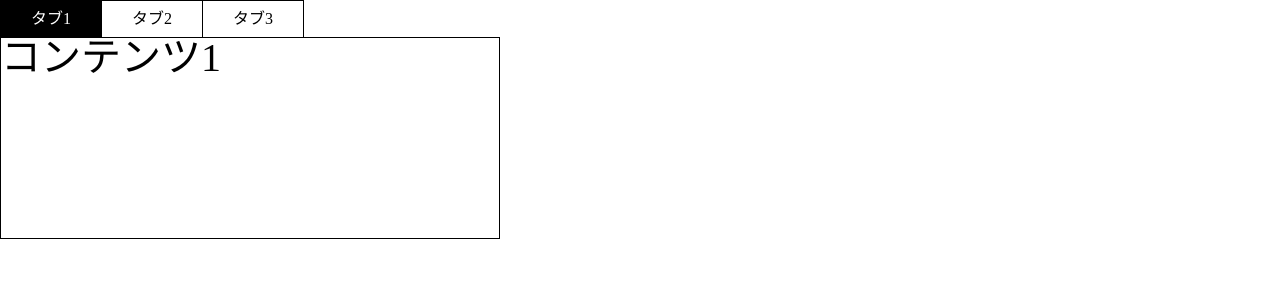
Repository: masanarimiura/20220617_miura
Page: index.html
An editor plug-in stored every save of this project. The page is shown before and after the next save, followed by the edit.
The browser window is 1280 px wide. The pictures show the whole page.

Above is the page before, as saved 2022-06-17 17:50:05.

### index.html
<!DOCTYPE html>
<html lang="ja">

<head>
  <meta charset="UTF-8">
  <meta http-equiv="X-UA-Compatible" content="IE=edge">
  <meta name="viewport" content="width=device-width, initial-scale=1.0">
  <title>Document</title>
  <script src="https://cdn.jsdelivr.net/npm/vue@2/dist/vue.js"></script>
  <style>
    html,
    body,
    div,
    span,
    object,
    iframe,
    h1,
    h2,
    h3,
    h4,
    h5,
    h6,
    p,
    blockquote,
    pre,
    abbr,
    address,
    cite,
    code,
    del,
    dfn,
    em,
    img,
    ins,
    kbd,
    q,
    samp,
    small,
    strong,
    sub,
    sup,
    var,
    b,
    i,
    dl,
    dt,
    dd,
    ol,
    ul,
    li,
    fieldset,
    form,
    label,
    legend,
    table,
    caption,
    tbody,
    tfoot,
    thead,
    tr,
    th,
    td,
    article,
    aside,
    canvas,
    details,
    figcaption,
    figure,
    footer,
    header,
    hgroup,
    menu,
    nav,
    section,
    summary,
    time,
    mark,
    audio,
    video {
      margin: 0;
      padding: 0;
      border: 0;
      outline: 0;
      font-size: 100%;
      vertical-align: baseline;
      background: transparent;
    }

    body {
      line-height: 1;
    }

    article,
    aside,
    details,
    figcaption,
    figure,
    footer,
    header,
    hgroup,
    menu,
    nav,
    section {
      display: block;
    }

    nav ul {
      list-style: none;
    }

    blockquote,
    q {
      quotes: none;
    }

    blockquote:before,
    blockquote:after,
    q:before,
    q:after {
      content: '';
      content: none;
    }

    a {
      margin: 0;
      padding: 0;
      font-size: 100%;
      vertical-align: baseline;
      background: transparent;
    }

    /* change colours to suit your needs */
    ins {
      background-color: #ff9;
      color: #000;
      text-decoration: none;
    }

    /* change colours to suit your needs */
    mark {
      background-color: #ff9;
      color: #000;
      font-style: italic;
      font-weight: bold;
    }

    del {
      text-decoration: line-through;
    }

    abbr[title],
    dfn[title] {
      border-bottom: 1px dotted;
      cursor: help;
    }

    table {
      border-collapse: collapse;
      border-spacing: 0;
    }

    /* change border colour to suit your needs */
    hr {
      display: block;
      height: 1px;
      border: 0;
      border-top: 1px solid #cccccc;
      margin: 1em 0;
      padding: 0;
    }

    input,
    select {
      vertical-align: middle;
    }

    #tab {
      width: 500px;
    }

    .tab-menu {
      display: flex;
    }

    .tabMenuItem {
      text-align: center;
      padding: 10px 0;
      cursor: pointer;
      list-style: none;
      width: 100px;
      border-top: 1px solid #000;
      border-left: 1px solid #000;
      border-right: 1px solid #000;
    }

    .tabMenuItem:not(:first-child) {
      border-left: none;
    }

    .tabMenuItem.active {
      background: #000;
      color: white;
    }

    .tab-content {
      height: 200px;
      border: 1px solid #000;
    }

    .tabContentItem {
      display: none;
      font-size: 40px;
    }

    .tabContentItem.show {
      display: block;
    }
  </style>
</head>

<body>
  <!-- 切り替えタブ -->
  <div id="tab">
    <ul class="tab-menu">
      <li class="tabMenuItem active" v-bind:class="tabContent1" v-on:click="changeClassName1">タブ1</li>
      <li class="tabMenuItem" v-bind:class="tabContent2" v-on:click="changeClassName2">タブ2</li>
      <li class="tabMenuItem" v-bind:class="tabContent3" v-on:click="changeClassName3">タブ3</li>
    </ul>
    <div class="tab-content">
      <div class="tabContentItem show">コンテンツ1</div>
      <div class="tabContentItem">コンテンツ2</div>
      <div class="tabContentItem">コンテンツ3</div>
    </div>
  </div>
  <script>
    const vm = new Vue({
      el: '#tab',
      data() {
        return {
          tabContent1: 'tabMenuItem',
          tabContent2: 'tabMenuItem',
          tabContent3: 'tabMenuItem',
        }
      },
      methods: {
        changeClassName1() {
          this.tabMenuItem = 'tabMenuItem active';
          this.tabContentItem = 'tabContentItem active';
        }
      }
    });
  </script>
</body>

</html>

After the next save:
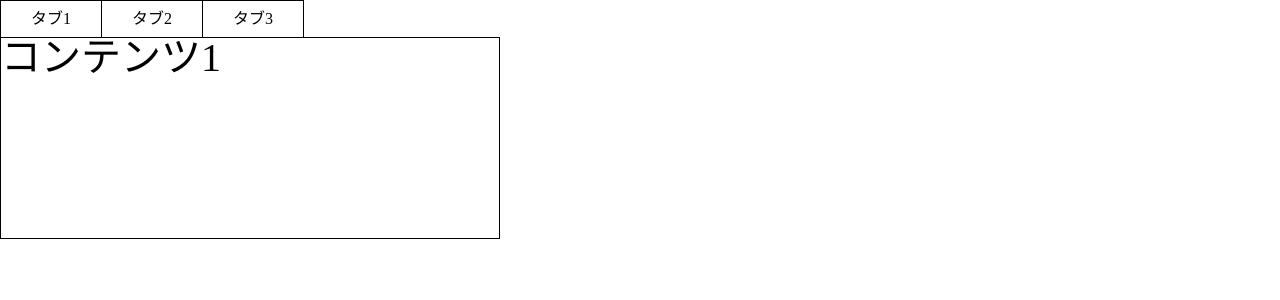
Saved 15 s later.
--- a/index.html
+++ b/index.html
@@ -222,7 +222,7 @@
   <!-- 切り替えタブ -->
   <div id="tab">
     <ul class="tab-menu">
-      <li class="tabMenuItem active" v-bind:class="tabContent1" v-on:click="changeClassName1">タブ1</li>
+      <li v-bind:class="tabContent1" v-on:click="changeClassName1">タブ1</li>
       <li class="tabMenuItem" v-bind:class="tabContent2" v-on:click="changeClassName2">タブ2</li>
       <li class="tabMenuItem" v-bind:class="tabContent3" v-on:click="changeClassName3">タブ3</li>
     </ul>
